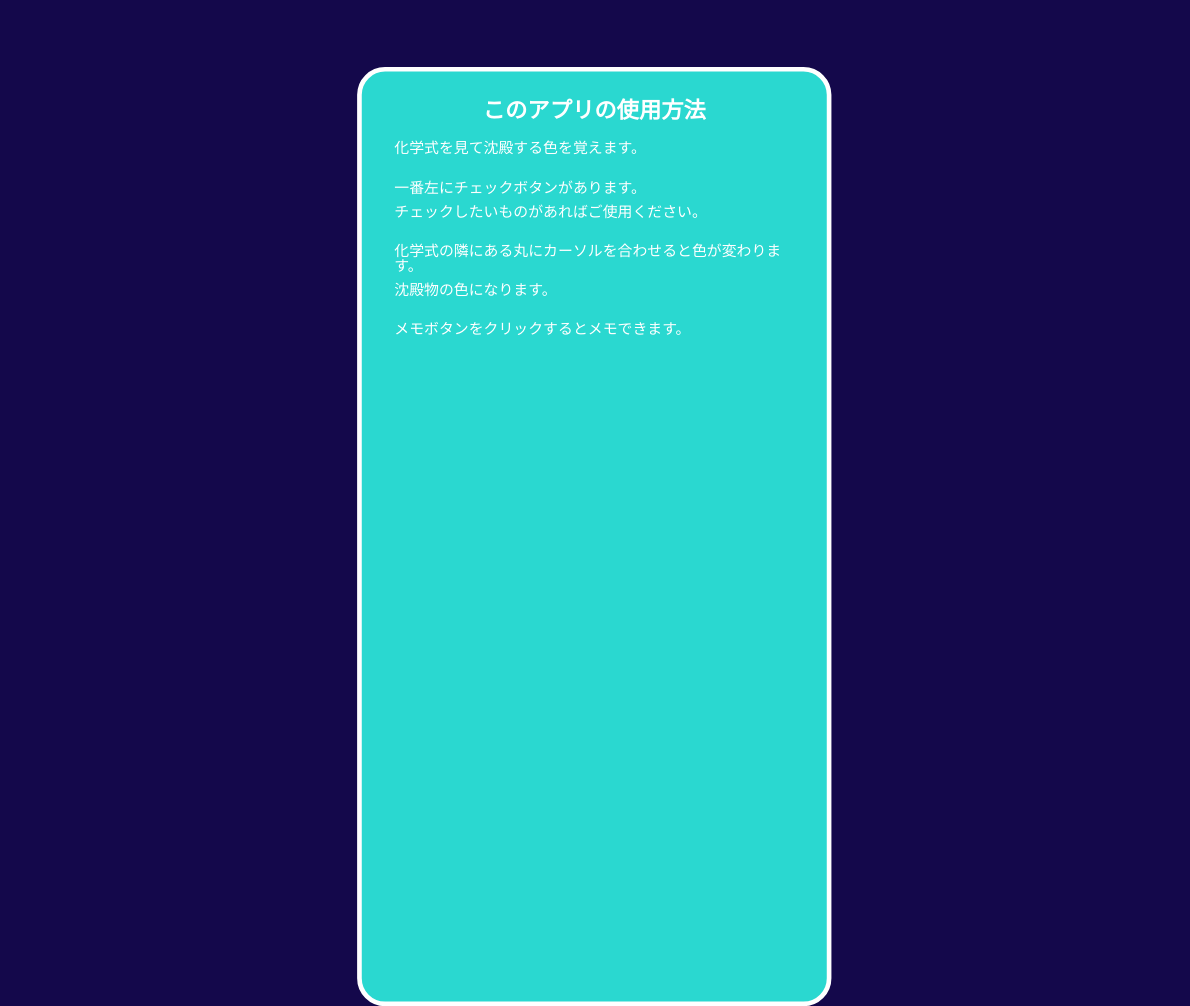
Repository: 1000sky/Inorganic_chemistry_application
Page: http://localhost/explanation
These files come from the project's save history. The page is drawn as it stood at one moment and after the next save; the edit follows.
The browser window is 1280 px wide. The pictures show the whole page, at 93% of full size.
The page is served by the project's Laravel application, run on PHP 8.4 with Laravel 8. Other server files are loaded and not shown.

Above is the page before, as saved 2022-07-12 19:46:50.

### application/routes/web.php
<?php

use Illuminate\Support\Facades\Route;

/*
|--------------------------------------------------------------------------
| Web Routes
|--------------------------------------------------------------------------
|
| Here is where you can register web routes for your application. These
| routes are loaded by the RouteServiceProvider within a group which
| contains the "web" middleware group. Now create something great!
|
*/

Route::get('/home', function () {
    return view('welcome');
});

Route::get('/dashboard', function () {
    return view('dashboard');
})->middleware(['auth'])->name('dashboard');

require __DIR__.'/auth.php';



Route::get('/', function () {
    return view('index');
});

Route::get('/start', function () {
    return view('start');
})->middleware('auth');

Route::get('/explanation', function () {
    return view('explanation');
});

### application/resources/views/explanation.blade.php
<!DOCTYPE html>
<html lang="ja">
<head>
    <meta charset="UTF-8">
    <meta name="viewport" content="width=device-width, initial-scale=1.0">
    <meta http-equiv="X-UA-Compatible" content="ie=edge">
    <title>Inorganic_chemistry_application</title>
    <link rel="stylesheet" href="css/reset.css" >
    <link rel="stylesheet" href="css/explanation.css" />

</head>
<body>
    <div class=card>
        <div class=explanation>
        <h2>このアプリの使用方法</h2>
        <br>
        <p>化学式を見て沈殿する色を覚えます。</p>
        <br>
        <P>一番左にチェックボタンがあります。</P>
        <p>チェックしたいものがあればご使用ください。</p>
        <br>
        <P>化学式の隣にある丸にカーソルを合わせると色が変わります。</P>
        <P>沈殿物の色になります。</P>
        <br>
        <P>メモボタンをクリックするとメモできます。</P>
        </div>





    </div>

</body>
</html>

### application/public/css/explanation.css
body {
    background-color: rgb(20, 8, 75);
}

.card {
    position: absolute;
    top: 10%;
    left:30%;
    width: 500px;
    height: 1000px;
    background-color: rgb(42, 216, 208);
    border: solid 5px white;
    border-radius: 30px;
  }

h2 {
    text-align: center;
    color: white;
    font-size: 1.5rem;

}

p {
    font-size: 1rem;
    color: white;
    padding: 5px;

}

.explanation {
    margin: 30px;

}

Loaded but not shown: application/routes/auth.php (common file); application/public/css/reset.css (common file)

After the next save:
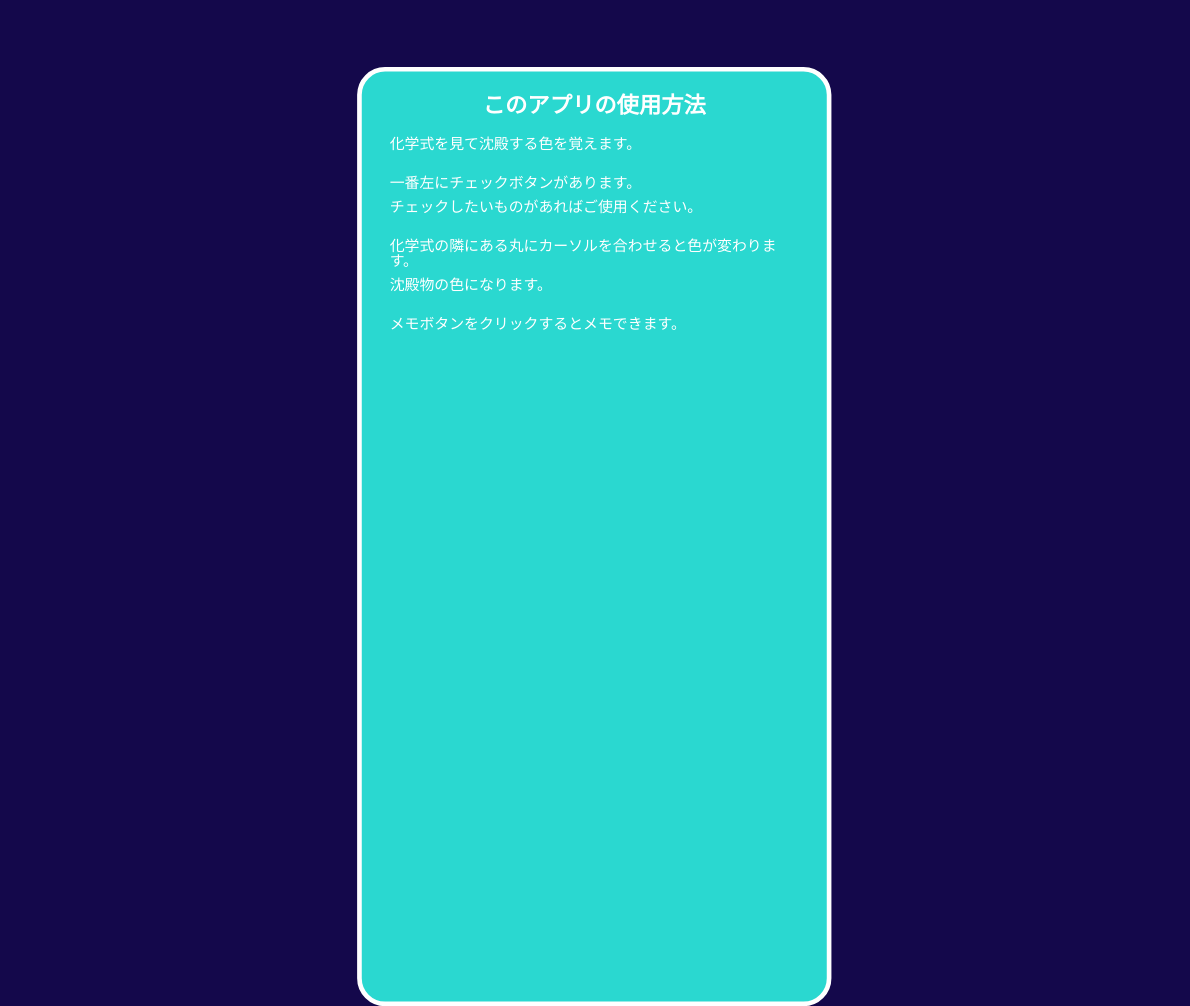
Saved 17 s later.
--- a/application/public/css/explanation.css
+++ b/application/public/css/explanation.css
@@ -28,6 +28,6 @@ p {
 }
 
 .explanation {
-    margin: 30px;
+    margin: 25px;
 
 }
